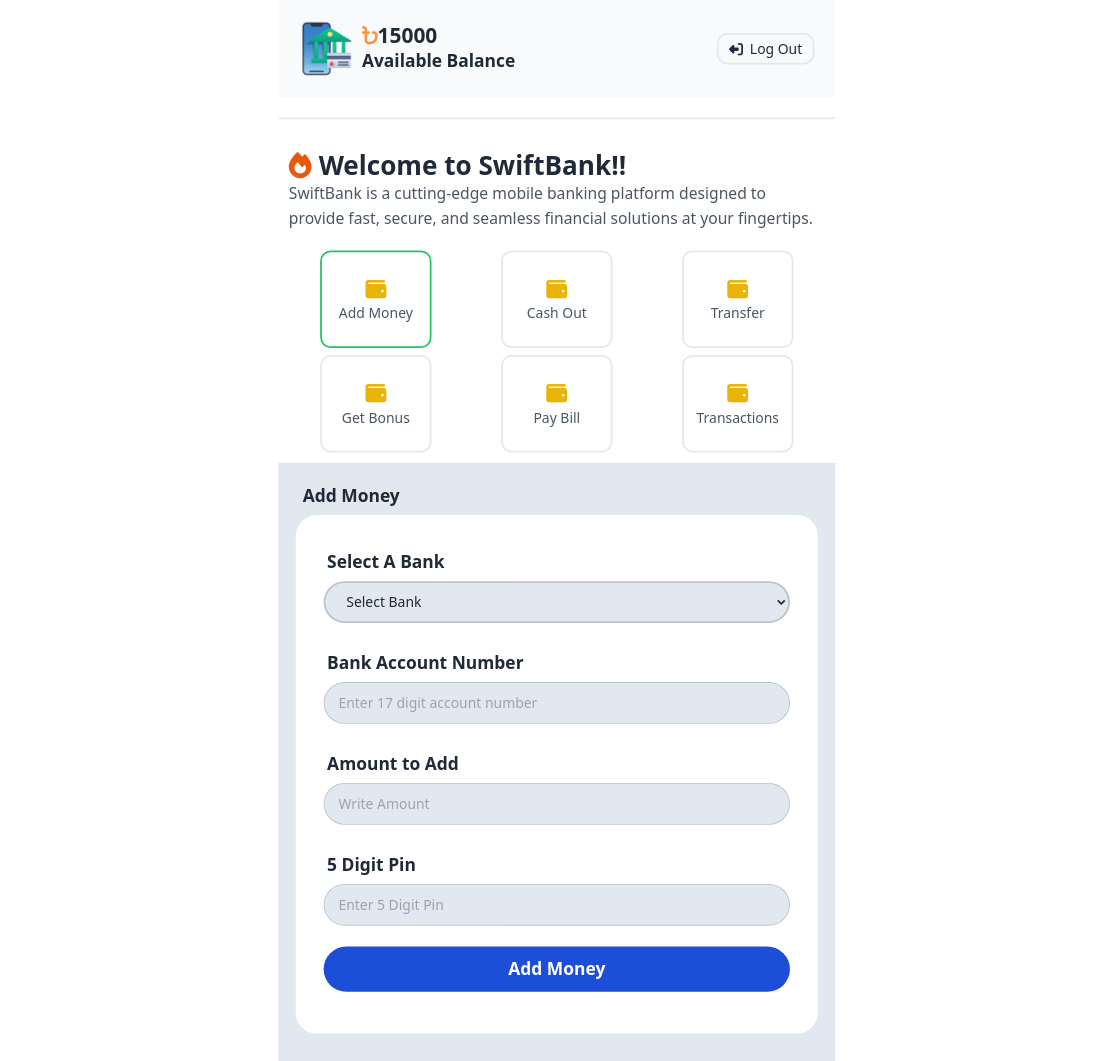
Repository: mukaddam-coder/swift-bank-mobile-banking
Page: home.html
An editor plug-in stored every save of this project. The page is shown before and after the next save, followed by the edit.
The browser window is 1280 px wide. The pictures show the whole page, at 87% of full size.
Some web libraries are served in a nearby version.

Above is the page before, as saved 2024-12-16 23:25:28.

### home.html
<!DOCTYPE html>
<html lang="en">
<head>
    <meta charset="UTF-8">
    <meta name="viewport" content="width=device-width, initial-scale=1.0">
    <title>SwiftBank</title>
    <!-- Fontawesome CDN -->
    <script src="https://kit.fontawesome.com/c4e7b2ed2f.js" crossorigin="anonymous"></script>
    <!-- Google Fonts -->
    <link rel="preconnect" href="https://fonts.googleapis.com">
    <link rel="preconnect" href="https://fonts.gstatic.com" crossorigin>
    <link href="https://fonts.googleapis.com/css2?family=Montserrat:ital,wght@0,100..900;1,100..900&display=swap" rel="stylesheet">
    <!-- Tailwind + DaisyUi CDN -->
    <link href="https://cdn.jsdelivr.net/npm/daisyui@4.12.19/dist/full.min.css" rel="stylesheet" type="text/css" />
    <script src="https://cdn.tailwindcss.com"></script>

</head>
<body>

<main>
  <div class="w-1/2 mx-auto p-6 bg-slate-50 h-full flex justify-between items-center">
    <div class="flex gap-2">
        <!-- Logo -->
    <div>
    <img class="w-16 h-16" src="images/mobile-banking.png">
    </div>
    <div>
   <h2 class="text-2xl font-bold" id="main-balance">
   <i class="fa-solid fa-bangladeshi-taka-sign text-orange-400"></i>15000</h2>
   <p class="font-semibold text-xl">Available Balance</p>
</div>
</div>
<div>
<button class="border-2 w-28 px-1 py-1 rounded-xl"> <i class="fa-solid fa-right-from-bracket rotate-180 mr-2"></i>Log Out</button>
</div>
        </div>
    <div class="divider w-1/2 mx-auto"></div>
    <!-- Greetings Section -->
        <section class="w-1/2 mx-auto p-3">
            <h1 class="font-bold text-3xl"><i class="fa-solid fa-fire text-orange-600 text-3xl mr-2"></i>Welcome to SwiftBank!!</h1>
            <p class="text-gray-600 text-lg">
                SwiftBank is a cutting-edge mobile banking platform designed to provide fast, secure, and seamless financial solutions at your fingertips.
            </p>
        </section>
     <!-- User Actionable Dashboard -->

     <section class="w-1/2 mx-auto">
        <div class="grid grid-cols-3 p-3 text-center gap-2">
          <div class="button-container">
            <button id="show-add-money-section" class="border-solid border-2 border-green-500 w-32 h-28 rounded-xl bg-white text-gray-600">
            <p>
              <i class="fa-solid fa-wallet text-yellow-500 text-2xl"></i>
            </p>
            Add Money
           </button>
        </div>
          <div class>
             <button id="show-cash-out-section" class="border-2 w-32 h-28 rounded-xl bg-white text-gray-600">
              <p><i class="fa-solid fa-wallet text-yellow-500 text-2xl"></i></p>
                Cash Out
              </button>
            </div>
          <div>
          <button id="show-money-transfer-section" class="border-2 w-32 h-28 rounded-xl bg-white text-gray-600">
              <p><i class="fa-solid fa-wallet text-2xl text-yellow-500"></i></p>
                Transfer
              </button>
            </div>
          <div class="">
        <button id="show-get-bonus-section" class="border-2 w-32 h-28 rounded-xl bg-white text-gray-600">
            <p><i class="fa-solid fa-wallet text-2xl text-yellow-500"></i></p>
                Get Bonus
            </button>
          </div>
        <div class="">
          <button id="show-pay-bill-section" class="border-2 w-32 h-28 rounded-xl bg-white text-gray-600">
              <p><i class="fa-solid fa-wallet text-2xl text-yellow-500"></i></p>
                      Pay Bill
            </button>
          </div>
        <div class="">
          <button id="show-transaction-history" class="border-2 w-32 h-28 rounded-xl bg-white text-gray-600">
              <p><i class="fa-solid fa-wallet text-2xl text-yellow-500"></i></p>
                      Transactions
              </button>
            </div>

        </div>
      </section>
      <!-- Add Money Section Start -->
      <section id ="add-money-section" class="w-1/2 mx-auto px-5 py-4 bg-slate-200">
        <h2 class="p-2 font-bold text-xl">Add Money</h2>
        <form class="card-body bg-white rounded-3xl">
            <div class="form-control mb-4">
              <label class="label">
                <span class="label-text font-semibold text-xl">Select A Bank</span>
              </label>
              <select id="bank"  class="input-bordered rounded-full bg-slate-200 h-12 px-5 border-2">
                <option value="Select Bank">Select Bank</option>
                <option value="AB Bank PLC">AB Bank PLC</option>
                <option value="Bangladesh Commerce Bank Limited">Bangladesh Commerce Bank Limited</option>
                <option value="Islami Bank Bangladesh PLC">Islami Bank Bangladesh PLC</option>
                <option value="Dutch-Bangla Bank PLC">Dutch-Bangla Bank PLC</option>
                <option value="Jamuna Bank Limited">Jamuna Bank Limited</option>
                <option value="Trust Bank PLC">Trust Bank PLC</option>
              </select>
              </div>
            <div class="form-control mb-4">
              <label class="label">
                <span class="label-text font-semibold text-xl">Bank Account Number</span>
              </label>
              <input id="input-bank-account-field" type="text" placeholder="Enter 17 digit account number" class="input input-bordered rounded-full bg-slate-200" required />
            </div>
            <div class="form-control mb-4">
              <label class="label">
                <span class="label-text font-semibold text-xl">Amount to Add</span>
              </label>
              <input id="input-amount-field" type="text" placeholder="Write Amount" class="input input-bordered rounded-full bg-slate-200" required />
              </div>
            <div class="form-control mb-4">
              <label class="label">
                <span class="label-text font-semibold text-xl">5 Digit Pin</span>
              </label>
              <input id="input-add-money-pin-number" type="password" placeholder="Enter 5 Digit Pin" class="input input-bordered rounded-full bg-slate-200" required />
              </div>
            <div class="form-control mb-4">
              <button id="btn-add-money" class="bg-blue-700 font-bold text-xl text-white p-3 rounded-full">Add Money</button>
            </div>
          </form>
          <!-- Result Message -->
        <p id="result-message" class="text-center font-bold text-lg mt-4"></p>
      </section>
      <!-- Add Money Section End -->

      <!-- Cash Out Section Start -->
      <section id ="cash-out-section" class="hidden w-1/2 mx-auto px-5 py-4 bg-slate-200">
        <h2 class="p-2 font-bold text-xl">Cash Out</h2>
        <form class="card-body bg-white rounded-3xl">
            <div class="form-control mb-4">
              <label class="label">
                <span class="label-text font-semibold text-xl">Agent Number</span>
              </label>
              <input type="number" id="input-cash-out-phone" placeholder="Enter 11 digit number" class="input input-bordered rounded-full bg-slate-200" maxlength="11" required >
              </div>
             <div class="form-control mb-4">
              <label class="label">
                <span class="label-text font-semibold text-xl">Withdrawal Amount</span>
              </label>
              <input id="input-cash-out-field" type="text" placeholder="Write Amount" class="input input-bordered rounded-full bg-slate-200" required />
            </div>
            <div class="form-control mb-4">
              <label class="label">
                <span class="label-text font-semibold text-xl">5 Digit Pin</span>
              </label>
              <input id="input-cash-out-pin-number" type="password" placeholder="Enter 5 Digit Pin" class="input input-bordered rounded-full bg-slate-200" required />
              </div>
          <div class="form-control mb-4">
              <button id="btn-cash-out" class="bg-blue-700 font-bold text-xl text-white p-3 rounded-full">Cash Out</button>
            </div>
          </form>
      </section>
     <!-- Cash Out Section End -->

     <!-- Money Transfer Section Start -->
     <section id ="money-transfer-section" class="hidden w-1/2 mx-auto px-5 py-4 bg-slate-200">
      <h2 class="p-2 font-bold text-xl">Money Transfer</h2>
      <form class="card-body bg-white rounded-3xl">
          <div class="form-control mb-4">
            <label class="label">
              <span class="label-text font-semibold text-xl">User Account Number</span>
            </label>
            <input type="number" id="input-money-transfer-number" placeholder="Enter 11 digit number" class="input input-bordered rounded-full bg-slate-200" maxlength="11" required >
            </div>
           <div class="form-control mb-4">
            <label class="label">
              <span class="label-text font-semibold text-xl">Amount</span>
            </label>
            <input id="input-money-transfer-amount" type="text" placeholder="Enter Amount to transfer" class="input input-bordered rounded-full bg-slate-200" required />
          </div>
          <div class="form-control mb-4">
            <label class="label">
              <span class="label-text font-semibold text-xl">5 Digit Pin</span>
            </label>
            <input id="input-money-transfer-pin" type="password" placeholder="Enter 5 Digit Pin" class="input input-bordered rounded-full bg-slate-200" required />
            </div>
           <div class="form-control mb-4">
            <button id="btn-money-transfer" class="bg-blue-700 font-bold text-xl text-white p-3 rounded-full">Send Now</button>
          </div>
        </form>
    </section>
     <!-- Money Transfer Section End -->

     <!-- Get Bonus Section Start -->
     <section id ="get-bonus-section" class="hidden w-1/2 mx-auto px-5 py-4 bg-slate-200">
      <h2 class="p-2 font-bold text-xl">Get Bonus</h2>
      <form class="card-body bg-white rounded-3xl">
          <div class="form-control mb-4">
            <label class="label">
              <span class="label-text font-semibold text-xl">Bonus Coupon</span>
            </label>
            <input type="text" id="input-bonus-coupon" placeholder="Enter coupon code" class="input input-bordered rounded-full bg-slate-200" maxlength="11" required >
            </div>

           <div class="form-control mb-4">
            <button id="btn-get-bonus" class="bg-blue-700 font-bold text-xl text-white p-3 rounded-full">Get Bonus</button>
          </div>
        </form>
    </section>
     <!-- Get Bonus Section End -->

     <!-- Pay Bill Section Start -->
     <section id ="pay-bill-section" class="hidden w-1/2 mx-auto px-5 py-4 bg-slate-200">
      <h2 class="p-2 font-bold text-xl">Pay Bill</h2>
      <form class="card-body bg-white rounded-3xl">
          <div class="form-control mb-4">
            <label class="label">
              <span class="label-text font-semibold text-xl">Select to Pay</span>
            </label>
            <select id="payment-list"  class="input-bordered rounded-full bg-slate-200 h-12 px-5 border-2">
              <option value="Select option">Select Payment Option</option>
              <option value="Electricity Bill">Electricity Bill</option>
              <option value="Gas Bill">Gas Bill</option>
              <option value="Water Bill">Water Bill</option>
              <option value="Internet Bill">Internet Bill</option>
              <option value="Mobile Recharge">Mobile Recharge</option>
              <option value="Tax Payments">Tax Payments</option>
              <option value="College/University Tuition Fees">College/University Tuition Fees</option>
              <option value="Bus/Train Tickets">Bus/Train Tickets</option>
              <option value="Bus/Train Tickets">Passport or Visa Fees</option>
              <option value="Credit Card Bill Payments">Credit Card Bill Payments</option>
            </select>
            </div>
           <div class="form-control mb-4">
            <label class="label">
              <span class="label-text font-semibold text-xl">Billar Account Number</span>
            </label>
            <input id="input-billar-account-number-field" type="text" placeholder="Enter account number" class="input input-bordered rounded-full bg-slate-200" required />
            </div>
          <div class="form-control mb-4">
            <label class="label">
              <span class="label-text font-semibold text-xl">Amount to Pay</span>
            </label>
            <input id="input-pay-bill-amount-field" type="number" placeholder="Write Amount" class="input input-bordered rounded-full bg-slate-200" required />
            </div>
          <div class="form-control mb-4">
            <label class="label">
              <span class="label-text font-semibold text-xl">5 Digit Pin</span>
            </label>
            <input id="input-pay-bill-pin-number" type="password" placeholder="Enter 5 Digit Pin" class="input input-bordered rounded-full bg-slate-200" required />
            </div>
          <div class="form-control mb-4">
            <button id="btn-pay-bill" class="bg-blue-700 font-bold text-xl text-white p-3 rounded-full">Pay Now</button>
          </div>
        </form>
        <!-- Result Message -->
        <p id="result-message" class="text-center font-bold text-lg mt-4"></p>
    </section>
     <!-- Pay Bill Section End -->

     <!-- Transaction History Start -->
     <section id ="transaction-history-section" class="hidden w-1/2 mx-auto px-5 py-4 bg-slate-200">
      <div class="flex justify-between items-center">
        <h2 class="p-2 font-bold text-xl">Transaction History</h2>
        <p class="p-2">
          <a href="#">View All</a>
        </p>
      </div>

      <div id="transaction-container">

      </div>
    </section>
     <!-- Transaction History End -->
      <script src="Jscript/utilities.js"></script>
      <script src="Jscript/add-money.js"></script>
      <script src="Jscript/cash-out.js"></script>
      <script src="Jscript/features.js"></script>
      <script src="Jscript/money-transfer.js"></script>
      <script src="Jscript/bonus.js"></script>
      <script src="Jscript/pay-bill.js"></script>
       </main>

</body>
</html>

### Jscript/utilities.js
function getInputFieldValueById(id){
    const inputValue = document.getElementById(id).value;
    const inputNumber = parseFloat(inputValue);
    return inputNumber;
}


function getTextFieldValueById(id){
    const textValue = document.getElementById(id).innerText;
    const textNumber = parseFloat(textValue);
    return textNumber;
}

function showSectionById(id){
    // Hide all the section
    document.getElementById('add-money-section').classList.add('hidden');
    document.getElementById('cash-out-section').classList.add('hidden');
    document.getElementById('money-transfer-section').classList.add('hidden');
    document.getElementById('get-bonus-section').classList.add('hidden');
    document.getElementById('pay-bill-section').classList.add('hidden');
//    Show the section with the provided id
    document.getElementById(id).classList.remove('hidden');
};

### Jscript/cash-out.js
document.getElementById('btn-cash-out').addEventListener('click', function(event){
    event.preventDefault();
    const cashOut = getInputFieldValueById('input-cash-out-field');
    const cashOutPin = getInputFieldValueById('input-cash-out-pin-number');
    const agentNumber = getInputFieldValueById('input-cash-out-phone');
    const mainBalance = getTextFieldValueById('main-balance');


    if(isNaN(cashOut)){
        alert('Please enter a positive number to cash out.')
        return;
    }
    if(cashOut <= 0){
        alert('Please enter a valid amount to cash out.')
        return;
    }

    if(cashOut > mainBalance){
        alert('You do not have sufficient balance to cash out.');
        return;
    }

    if(cashOutPin === 19945 && agentNumber === 1735109219){

        const newBalance = mainBalance - cashOut;
     document.getElementById('main-balance').innerText = newBalance;

     // Get Transaction time
     const transactionTime = new Date();
     const formattedTime = transactionTime.toLocaleString();

     // Add to transaction histoy
    const transactionDiv = document.createElement('div');
            transactionDiv.classList.add('bg-white', 'rounded-xl', 'p-4', 'mb-4');
            transactionDiv.innerHTML = `
                <div class = "flex justify-between items-center gap-1">
                    <div class="flex w-1/3">
                    <p><i class="fa-solid fa-wallet text-2xl text-yellow-500 rounded-full bg-slate-200 px-3 py-2"></i></p>
                    <h2 class="p-1 font-bold text-xl text-center">Cash Out</h2>
                    </div>
                    <div class="flex-1">
                    <p class="text-md"><span class ="font-bold text-green-600">Cash out to${agentNumber}</span> BDT: ${cashOut} was successful, and your new balance is BDT: ${newBalance}.</p>
                    <p class="text-sm text-gray-500 font-bold">Transaction Time: ${formattedTime}</p>
                    </div>
                 </div>`;

            // Append transaction to the transaction history container
            document.getElementById('transaction-container').appendChild(transactionDiv);
    }
    else{
        alert('Failed to cash out! Please try again.')
    }
})

### Jscript/features.js

// The add money section will show when the add money button is clicked.
document.getElementById('show-add-money-section').addEventListener('click', function(){
    showSectionById('add-money-section');
});

// The cash-out section will show when the cash-out button is clicked.
document.getElementById('show-cash-out-section').addEventListener('click', function(){
    showSectionById('cash-out-section')
});

// The money transfer section will show when the money transfer button is clicked.

document.getElementById('show-money-transfer-section').addEventListener('click', function(){
    showSectionById('money-transfer-section');
});


document.getElementById('show-get-bonus-section').addEventListener('click', function(){
    showSectionById('get-bonus-section');
});

document.getElementById('show-pay-bill-section').addEventListener('click', function(){
    showSectionById('pay-bill-section');
});


document.getElementById('show-transaction-history').addEventListener('click', function(){
    showSectionById('transaction-history-section');
})

### Jscript/bonus.js
document.getElementById('btn-get-bonus').addEventListener('click', function(event){
    event.preventDefault();
    const getBonusInput = document.getElementById('input-bonus-coupon').value.trim();
    const mainBalanceText = document.getElementById('main-balance').innerText;
    const mainBalance = parseFloat(mainBalanceText);
    const couponCode = 'BONUS10';

    if(getBonusInput === couponCode){
        const bonusAmount = 100;
        const newBalance = mainBalance + bonusAmount;
        document.getElementById('main-balance').innerText = newBalance;
    }
    else{
        alert('Invalid Coupon Code! Please try again.')
    }
})

### Jscript/pay-bill.js
document.getElementById('btn-pay-bill').addEventListener('click', function(event){
         event.preventDefault();

         const paymentList = document.getElementById('payment-list').value;
         const accountNumber = getInputFieldValueById('input-billar-account-number-field');
         const payBillAmount = getInputFieldValueById('input-pay-bill-amount-field');
         const payBillPin = getInputFieldValueById('input-pay-bill-pin-number');

         const mainBalance = getTextFieldValueById('main-balance');

         if(isNaN(payBillAmount)){
            alert('Please enter a positive number.');
            return;
         }

         if(payBillAmount <= 0){
            alert('Please enter a valid amount greater than 0.');
            return;
         }

         if(payBillAmount > mainBalance){
            alert('You do not have sufficient balance to complete the payment.')
            return;
         }

         if(payBillPin === 19945 && accountNumber === 1629501006323){
            const newBalance = mainBalance - payBillAmount;
            document.getElementById('main-balance').innerText = newBalance;
               // add to transaction history
               const transactionDiv = document.createElement('div');
               transactionDiv.classList.add('bg-white', 'rounded-xl', 'p-4', 'mb-4');
               transactionDiv.innerHTML = `
                   <div class = "flex items-center gap-2">
                       <p><i class="fa-solid fa-wallet text-2xl text-yellow-500 rounded-full bg-slate-200 px-3 py-2"></i></p>
                       <h2 class="p-2 font-bold text-lg">${paymentList}</h2>
                       <p class="text-md">BDT ${payBillAmount} paid for ${paymentList}</p>
                       <p class="text-sm text-gray-600">Payment successful! Remaining Balance: BDT ${newBalance}</p>
                   </div>`;

               // Append transaction to the transaction history container
               document.getElementById('transaction-container').appendChild(transactionDiv);
         }

         else{
            alert('Invalid PIN or Account Number! Please try again.')
         }
})

Loaded but not shown: Jscript/money-transfer.js (54 lines, source omitted); Jscript/add-money.js (51 lines, source omitted)

After the next save:
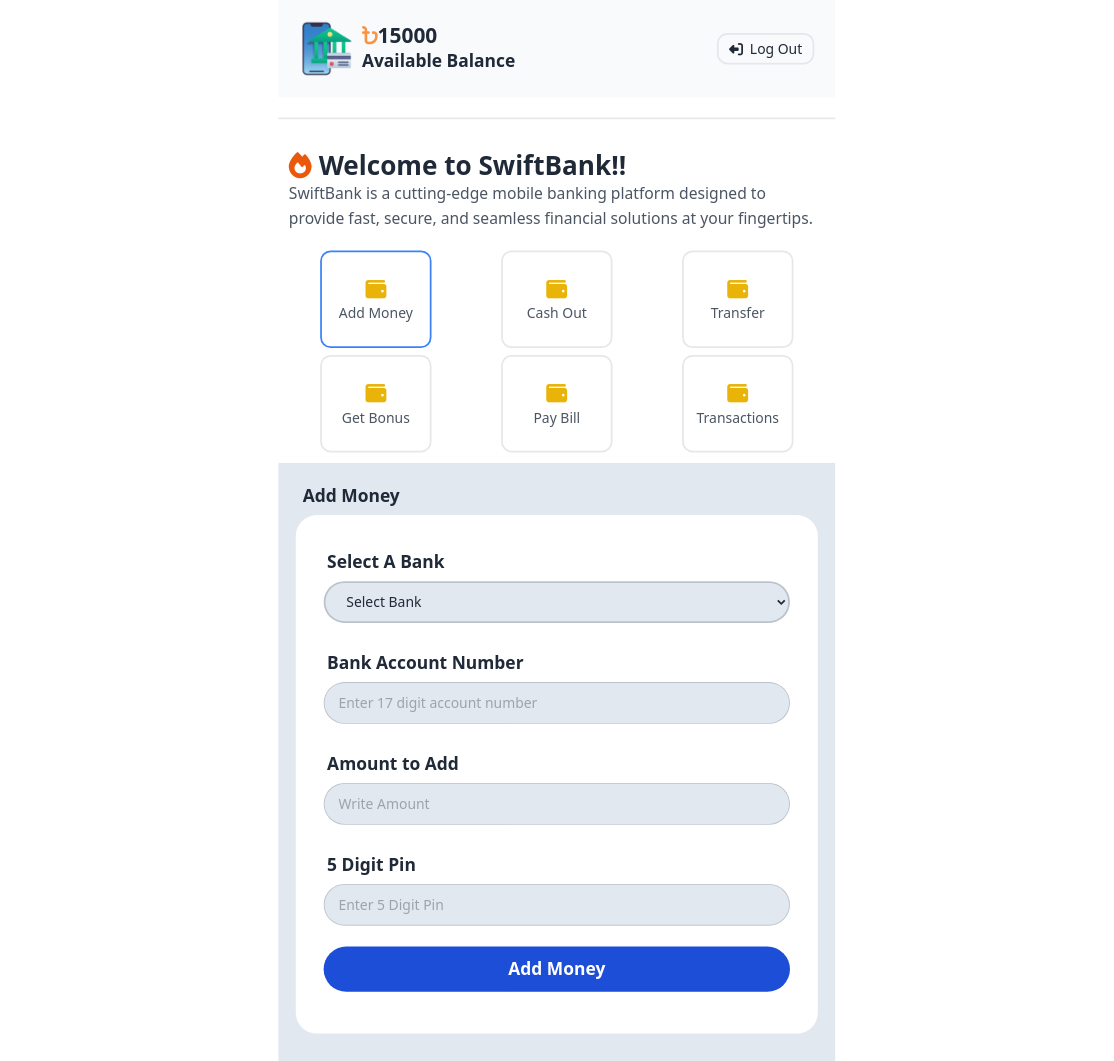
Saved 34 s later.
--- a/home.html
+++ b/home.html
@@ -47,7 +47,7 @@
      <section class="w-1/2 mx-auto">
         <div class="grid grid-cols-3 p-3 text-center gap-2">
           <div class="button-container">
-            <button id="show-add-money-section" class="border-solid border-2 border-green-500 w-32 h-28 rounded-xl bg-white text-gray-600">
+            <button id="show-add-money-section" class="border-solid border-2 border-blue-500 w-32 h-28 rounded-xl bg-white text-gray-600">
             <p>
               <i class="fa-solid fa-wallet text-yellow-500 text-2xl"></i>
             </p>
